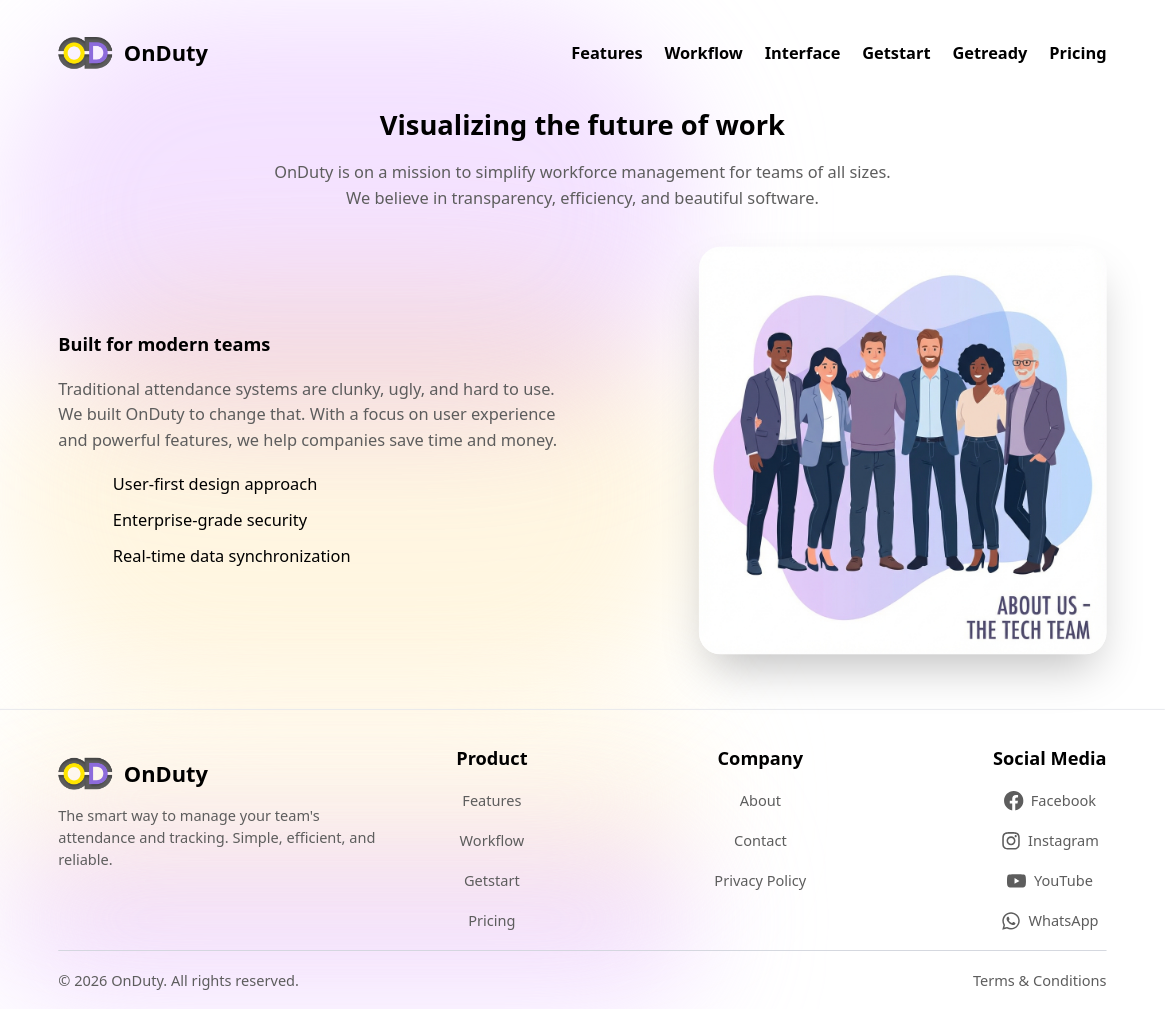
Repository: shekharzorin/ONDUTY-V1
Page: /about
These files come from the project's save history. The page is drawn as it stood at one moment and after the next save; the edit follows.
The browser window is 1280 px wide. The pictures show the whole page, at 91% of full size.
The project was rebuilt for these pictures with package versions that can differ from the ones it lists, and the page was loaded fresh each time. The framework's server and built-in components were replaced by stand-ins that run in the browser. Also part of the build but not shown: next.config.mjs, vite.config.js, app/components/ui/Crossicon.tsx.

Above is the page before, as saved 2026-01-17 16:51:03.

After the next save:
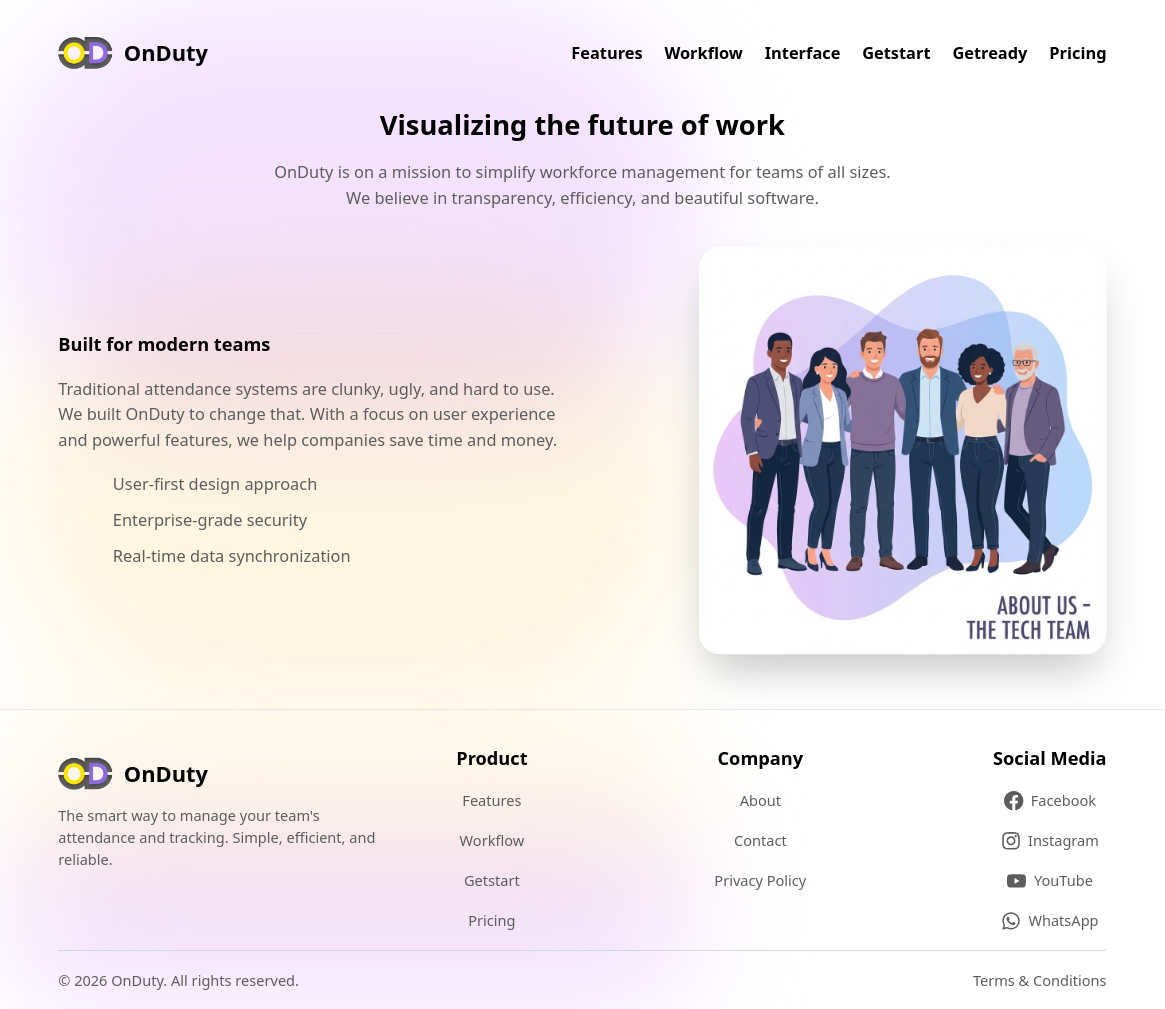
Saved 28 s later.
--- a/app/components/sections/about.tsx
+++ b/app/components/sections/about.tsx
@@ -33,7 +33,7 @@ const About = () => {
             </p>
 
             <div className="flex items-center justify-center lg:justify-start lg:pl-10">
-              <ul className="space-y-3 flex flex-col items-start justify-center md:text-lg">
+              <ul className="space-y-3 flex flex-col items-start justify-center md:text-lg text-(--color-gray)">
                 <li className="flex items-start gap-3">
                   <span className="mt-2 w-2 h-2 rounded-full"></span>
                   <span>User-first design approach</span>
